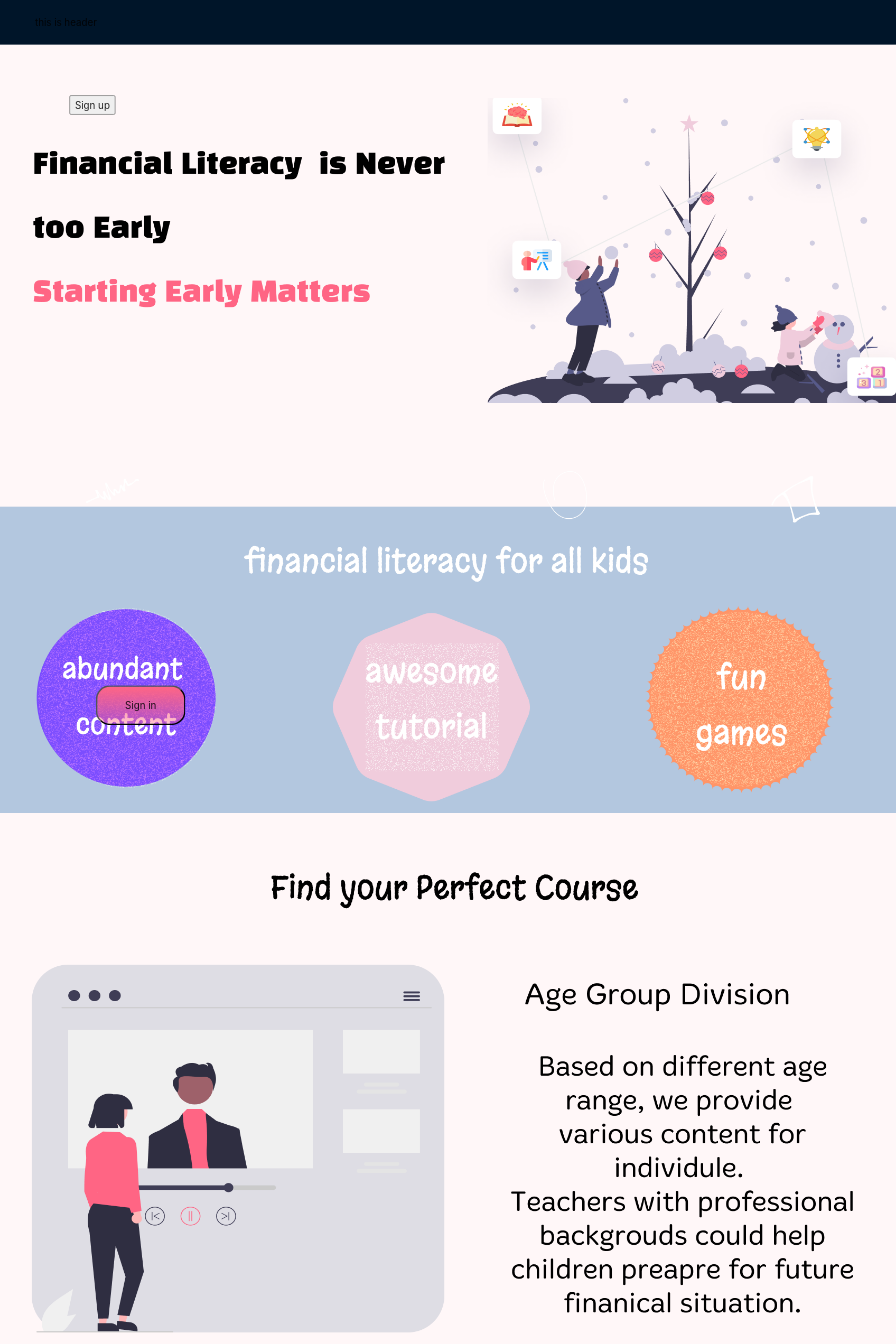
Repository: Zoe-XJ-Zhang/Goldilocks
Page: /
These files come from the project's save history. The page is drawn as it stood at one moment and after the next save; the edit follows.
The browser window is 1280 px wide. The pictures show the part of the page from y = 0 to 1920 px (the page is 2775 px tall), at 70% of full size.
The project was rebuilt for these pictures with package versions that can differ from the ones it lists, and the page was loaded fresh each time. Also part of the build but not shown: src/page/roadmapPage/roadmapPage.js, src/page/aboutPage/aboutPage.js.

Above is the page before, as saved 2022-08-31 17:02:39.

### public/index.html
<!DOCTYPE html>
<html lang="en">
  <head>
    <meta charset="utf-8" />
    <link rel="icon" href="./logo.jpg" />
    <meta name="viewport" content="width=device-width, initial-scale=1" />
    <meta name="theme-color" content="#000000" />
    <meta
      name="description"
      content="Web site created using create-react-app"
    />
    <title>Goldilocks</title>
  </head>
  <body>
    <noscript>You need to enable JavaScript to run this app.</noscript>
    <div id="root"></div>
  </body>
</html>

### src/App.js
import "./App.css";
import { Layout } from "antd";
import { Route, Routes } from "react-router-dom";
import HomePage from "./page/homePage/homePage";
import RoadmapPage from "./page/roadmapPage/roadmapPage";
import AboutPage from "./page/aboutPage/aboutPage";

const { Header, Footer, Content } = Layout;

function App() {
  return (
    <div className="App">
      <Header>this is header</Header>
      <Content>
        <Routes>
          <Route path="/*" element={<HomePage />}></Route>
          <Route path="/home" element={<HomePage />}></Route>
          <Route path="/roadmap" element={<RoadmapPage />}></Route>
          <Route path="/aboutus" element={<AboutPage />}></Route>
        </Routes>
      </Content>
      <Footer style={{
            textAlign: 'center',
            fontSize:'20px',
          }}>HSBC @2022 Godilocks</Footer>
    </div>
  );
}

export default App;

### src/page/homePage/homePage.js
import React from 'react';
import './homePage.css';

import homepage from '../../images/home_page.png'
const HomePage = () => {
    return (<div className='homepage'>
        <button className='signin'>Sign in</button><button className='signup'>Sign up</button>
        {/* <Image src={homepage}  alt="asd" title="QW"></Image> */}
        <img src={homepage} alt="" />
    </div>);

};

export default HomePage;

### src/page/homePage/homePage.css
img{
    width: 100%;
    height: 100%;
    object-fit: contain;
}
.signin{
    width: 128px;
height: 57px;
left: 38px;
top: 807px;

background: linear-gradient(180deg, #FF6584 0%, rgba(255, 83, 118, 0.35) 100%);
border-radius: 20px;
    position:absolute;

z-index:2;

margin:172px 0px 0px 99px;
}
.signup{
    position:absolute;

    z-index:2;

    margin:72px 0px 0px 99px;
}

Loaded but not shown: src/index.js (common file); src/index.css (common file); src/reportWebVitals.js (common file); src/App.css (common file)

After the next save:
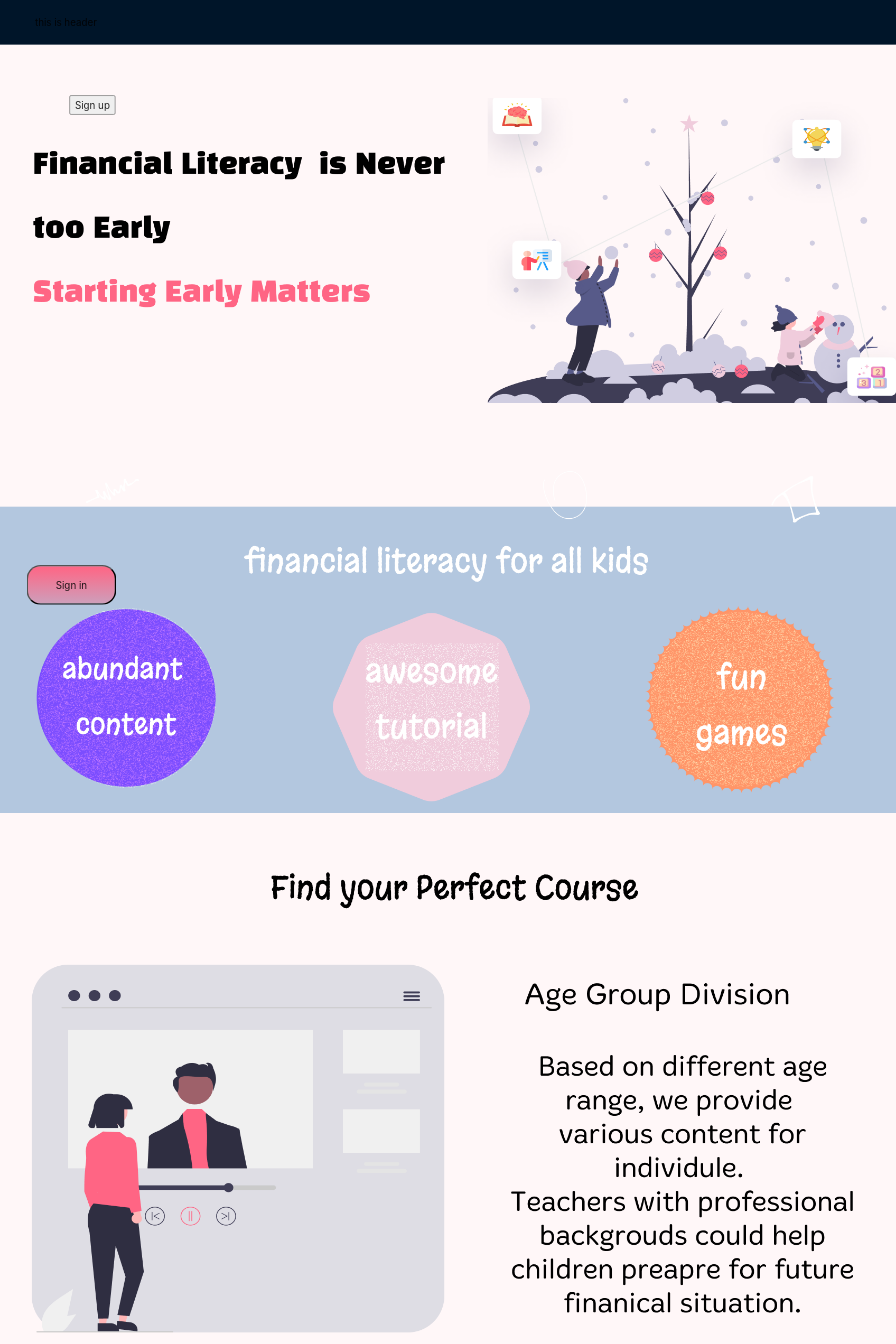
Saved 26 s later.
--- a/src/page/homePage/homePage.css
+++ b/src/page/homePage/homePage.css
@@ -15,7 +15,7 @@ border-radius: 20px;
 
 z-index:2;
 
-margin:172px 0px 0px 99px;
+
 }
 .signup{
     position:absolute;
